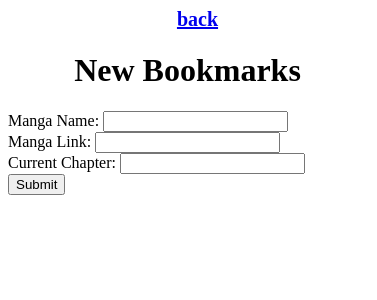
Repository: PA055/Manga-Bookmarks
Page: new.html
The author's editor kept a copy of each file at every save. The page is drawn from the files as they stood at one save, then again after the next save.
The browser window is 375 px wide. The page is 377 px wide, so the pictures cover 377 px, including what lies to the right of the window. The pictures show the whole page.

Above is the page before, as saved 2023-03-11 12:00:26.
Console error: ReferenceError: $ is not defined

After the next save:
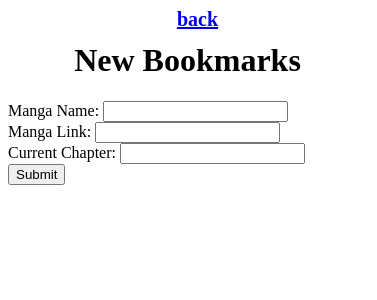
Saved 8 s later.
--- a/main.css
+++ b/main.css
@@ -32,6 +32,6 @@ h1 {
         float: none;
         width: 100%;
         text-align: center;
-        margin-bottom: 0px;
+        margin-bottom: -10px;
     }
 }
